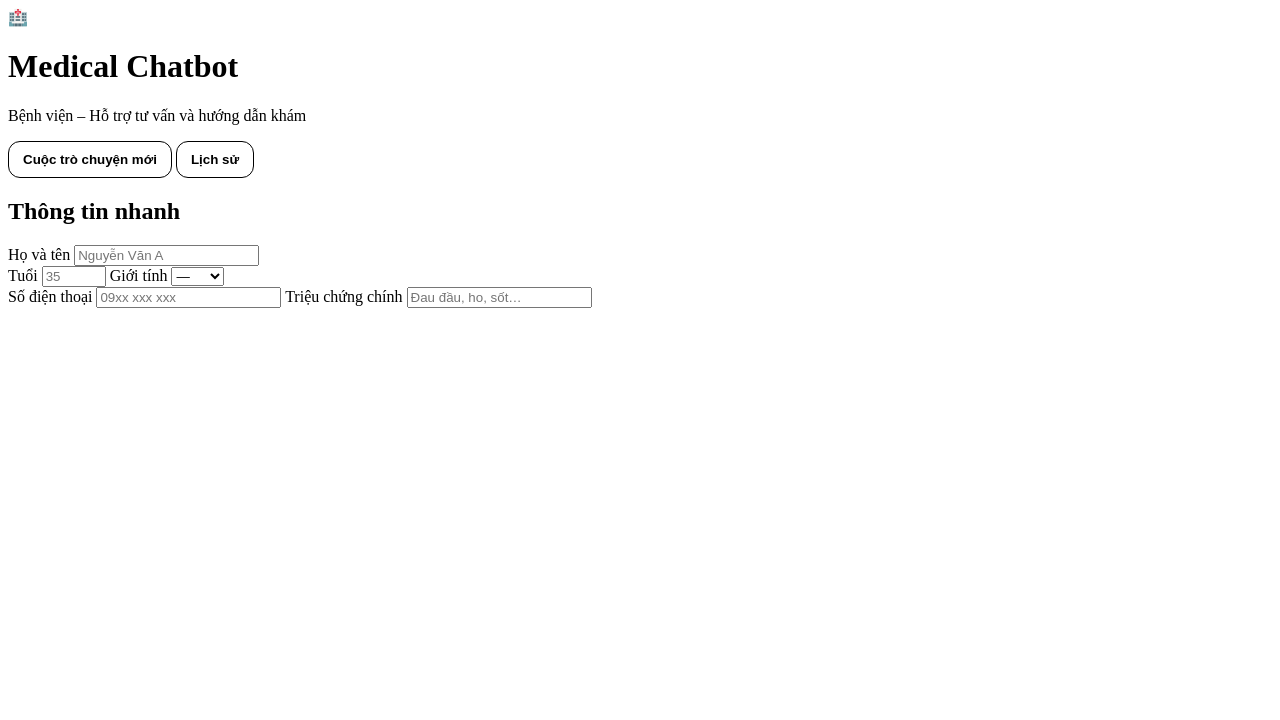
Repository: ititiu20201/MedicalChatbot
Page: frontend/index.html
An editor plug-in stored every save of this project. The page is shown before and after the next save, followed by the edit.
The browser window is 1280 px wide. The pictures show the whole page.

Above is the page before, as saved 2025-09-12 01:13:47.

### frontend/index.html
<!DOCTYPE html>
<html lang="vi">
<head>
<meta charset="utf-8" />
<meta name="viewport" content="width=device-width, initial-scale=1" />
<title>Medical Chatbot – Bệnh viện</title>
<link rel="stylesheet" href="style.css" />
<link rel="icon" href="data:,">
</head>
<body>
<header class="site-header" role="banner">
<div class="container header__inner">
<div class="brand">
<div class="brand__logo" aria-hidden="true">🏥</div>
<div class="brand__text">
<h1>Medical Chatbot</h1>
<p>Bệnh viện – Hỗ trợ tư vấn và hướng dẫn khám</p>
</div>
</div>
<nav class="header__nav" aria-label="Tác vụ nhanh">
<button class="btn btn--ghost" id="btn-new">Cuộc trò chuyện mới</button>
<button class="btn btn--ghost" id="btn-history">Lịch sử</button>
<a href="admin.html" class="btn btn--primary" aria-label="Trang quản trị">Quản trị</a>
</nav>
</div>
</header>


<main class="container layout" role="main">
<!-- Sidebar: Thông tin bệnh nhân ngắn gọn -->
<aside class="panel panel--side" aria-label="Thông tin bệnh nhân">
<h2 class="panel__title">Thông tin nhanh</h2>
<form id="patient-form" class="form" autocomplete="on">
<label class="form__label">Họ và tên
<input class="input" name="name" placeholder="Nguyễn Văn A" />
</label>
<div class="grid grid--2">
<label class="form__label">Tuổi
<input class="input" name="age" type="number" min="0" max="120" placeholder="35" />
</label>
<label class="form__label">Giới tính
<select class="input" name="gender">
<option value="">—</option>
<option>Nam</option>
<option>Nữ</option>
<option>Khác</option>
</select>
</label>
</div>
<label class="form__label">Số điện thoại
<input class="input" name="phone" type="tel" placeholder="09xx xxx xxx" />
</label>
<label class="form__label">Triệu chứng chính
<input class="input" name="chief_complaint" placeholder="Đau đầu, ho, sốt…" />
</label>
<button type="button" id="btn-apply-profile" class="btn btn--primary btn--block">Áp dụng vào trò chuyện</button>
</form>


</html>

### frontend/style.css
/* ====== Hospital-friendly theme (high contrast, large targets) ====== */


/* Buttons */
.btn { appearance: none; cursor: pointer; border: 1px solid transparent; border-radius: 12px; padding: 10px 14px; font-weight: 600; }
.btn--primary { background: var(--primary); color: #fff; }
.btn--primary:hover { background: var(--primary-600); }
.btn--ghost { background: transparent; border-color: var(--outline); }
.btn--ghost:hover { border-color: var(--primary); }
.btn--outline { background: #fff; border-color: var(--primary); color: var(--primary); }
.btn--outline:hover { background: rgba(31,122,224,.06); }
.btn--block { width: 100%; }


/* Chips */
.chips { display: flex; flex-wrap: wrap; gap: 8px; }
.chip { padding: 8px 12px; border: 1px solid var(--outline); background: #fff; border-radius: 999px; font: inherit; cursor: pointer; }
.chip:hover { border-color: var(--primary); }


/* Chat */
.chat { height: 56vh; overflow: auto; padding: 8px; display: grid; gap: 10px; }
.msg { display: grid; grid-template-columns: 36px 1fr; gap: 8px; align-items: start; }
.msg__avatar { width: 36px; height: 36px; display: grid; place-items: center; background: #eef5ff; border-radius: 50%; }
.msg__bubble { background: #f1f5f9; border-radius: 12px; padding: 10px 12px; }
.msg--user .msg__avatar { background: #e7f6ef; }
.msg--user .msg__bubble { background: #eaf8f2; }
.msg__meta { margin-top: 4px; color: var(--muted); font-size: 12px; }


/* Composer */
.composer { margin-top: 8px; display: grid; grid-template-columns: 1fr auto; gap: 10px; align-items: end; }
.composer__input { resize: none; min-height: 44px; max-height: 160px; border: 1px solid var(--outline); border-radius: 12px; padding: 10px 12px; font: inherit; background: #fff; }
.composer__tools { display: flex; gap: 8px; align-items: center; }


/* Right rail */
.dept-list { list-style: none; padding: 0; margin: 0; display: grid; gap: 8px; }
.dept { width: 100%; text-align: left; padding: 10px 12px; border-radius: 12px; border: 1px solid var(--outline); background: #fff; cursor: pointer; }
.dept:hover { border-color: var(--primary); }


/* Admin */
.stats { display: grid; grid-template-columns: repeat(3, 1fr); gap: 12px; }
.stat { background: #fff; border: 1px solid var(--outline); border-radius: 12px; padding: 14px; text-align: center; }
.stat__num { font-size: 22px; font-weight: 800; }
.stat__label { color: var(--muted); font-size: 12px; }
.toolbar { display: flex; gap: 8px; align-items: center; }
.log { margin-top: 12px; display: grid; gap: 8px; max-height: 60vh; overflow: auto; }
.log__item { padding: 10px 12px; border: 1px solid var(--outline); border-radius: 12px; background: #fff; display: grid; gap: 4px; }
.log__meta { color: var(--muted); font-size: 12px; }


/* Footer */
.site-footer { margin-top: 12px; color: var(--muted); }
.footer__inner { padding: 16px 0; border-top: 1px solid var(--outline); }


/* Motion (reduced for accessibility) */
@media (prefers-reduced-motion: no-preference) {
.msg__bubble { animation: pop .16s ease-out; }
@keyframes pop { from { transform: scale(.98); opacity: .8 } to { transform: scale(1); opacity: 1 } }
}

### frontend/app.js
// ====== Minimal frontend logic for Medical Chatbot ======
const id = "s_" + Math.random().toString(36).slice(2) + Date.now().toString(36);
localStorage.setItem("mc_session", id);
localStorage.setItem("mc_history_" + id, JSON.stringify([]));
return id;
}


function saveMessage(role, text) {
const key = "mc_history_" + sessionId;
const list = JSON.parse(localStorage.getItem(key) || "[]");
list.push({ t: Date.now(), role, text });
localStorage.setItem(key, JSON.stringify(list));
}


function renderMessage(role, text) {
const wrap = document.createElement("div");
wrap.className = `msg ${role === "user" ? "msg--user" : "msg--bot"}`;
wrap.innerHTML = `
<div class="msg__avatar">${role === "user" ? "🧑" : "🤖"}</div>
<div class="msg__bubble">${escapeHtml(text)}</div>
`;
els.chat.appendChild(wrap);
els.chat.scrollTop = els.chat.scrollHeight;
}


function escapeHtml(s) {
return s
.replaceAll("&", "&amp;")
.replaceAll("<", "&lt;")
.replaceAll(">", "&gt;")
.replaceAll('"', "&quot;")
.replaceAll("'", "&#39;");
}


async function sendToChatbot(text, payload = {}) {
const url = BASE_URL + "/chat"; // Expect FastAPI endpoint that returns { reply: "..." }
const body = { session_id: sessionId, message: text, ...payload };


const res = await fetch(url, {
method: "POST",
headers: { "Content-Type": "application/json" },
body: JSON.stringify(body),
});
if (!res.ok) throw new Error("HTTP " + res.status);
return await res.json();
}


// ====== Event wiring ======
if (els.form) {
els.form.addEventListener("submit", async (e) => {
e.preventDefault();
const text = (els.input.value || "").trim();
if (!text) return;


renderMessage("user", text);
saveMessage("user", text);
els.input.value = "";


// Placeholder typing indicator
const typing = document.createElement("div");
typing.className = "msg msg--bot";
typing.innerHTML = `<div class="msg__avatar">🤖</div><div class="msg__bubble">Đang soạn…</div>`;
els.chat.appendChild(typing);
els.chat.scrollTop = els.chat.scrollHeight;


try {
const data = await sendToChatbot(text);
typing.remove();
const reply = data.reply || "(Không có phản hồi)";
renderMessage("bot", reply);
saveMessage("bot", reply);
} catch (err) {
typing.remove();
const msg = `Xin lỗi, có lỗi kết nối máy chủ. ${err?.message || ""}`;
renderMessage("bot", msg);
saveMessage("bot", msg);
}
}

After the next save:
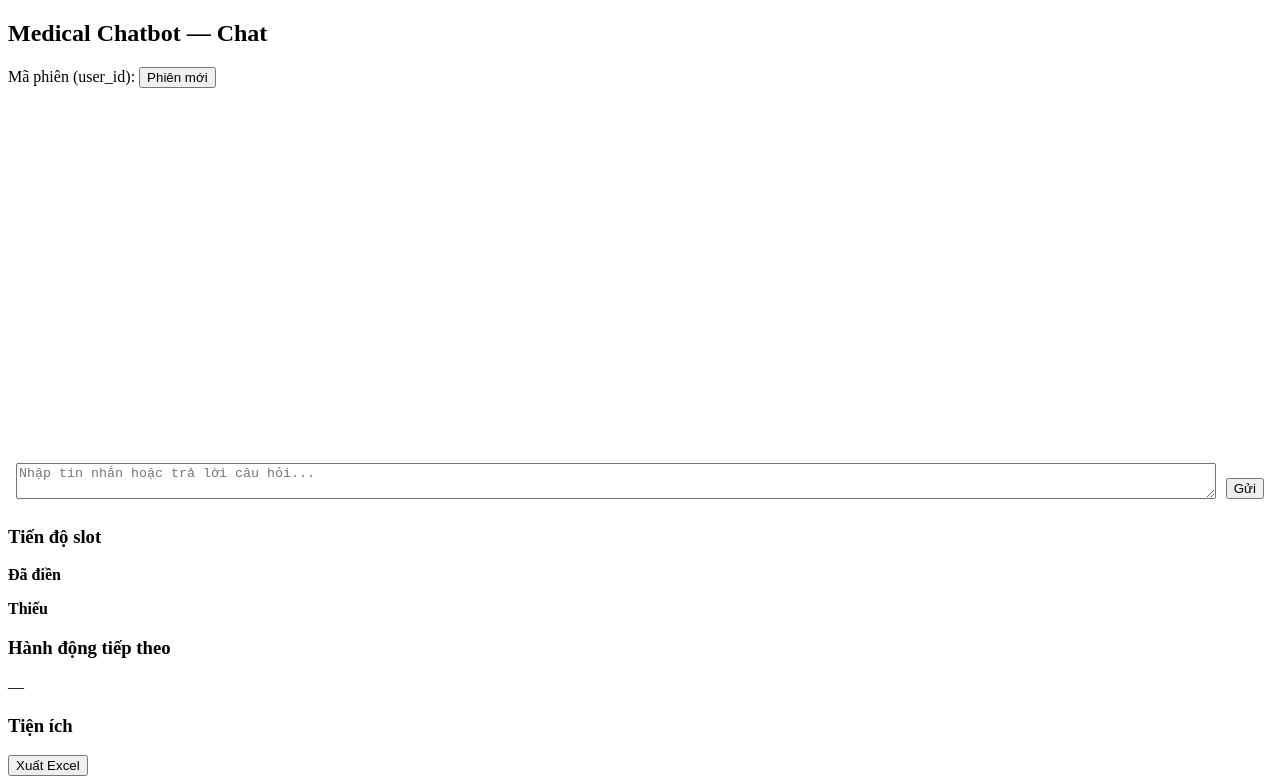
Console error: SyntaxError: Illegal return statement
Saved 2 s later.
--- a/frontend/index.html
+++ b/frontend/index.html
@@ -1,60 +1,52 @@
 <!DOCTYPE html>
 <html lang="vi">
 <head>
-<meta charset="utf-8" />
-<meta name="viewport" content="width=device-width, initial-scale=1" />
-<title>Medical Chatbot – Bệnh viện</title>
-<link rel="stylesheet" href="style.css" />
-<link rel="icon" href="data:,">
+  <meta charset="UTF-8" />
+  <meta name="viewport" content="width=device-width, initial-scale=1.0"/>
+  <title>Medical Chatbot — Chat Demo</title>
+  <link rel="stylesheet" href="style.css"/>
 </head>
 <body>
-<header class="site-header" role="banner">
-<div class="container header__inner">
-<div class="brand">
-<div class="brand__logo" aria-hidden="true">🏥</div>
-<div class="brand__text">
-<h1>Medical Chatbot</h1>
-<p>Bệnh viện – Hỗ trợ tư vấn và hướng dẫn khám</p>
-</div>
-</div>
-<nav class="header__nav" aria-label="Tác vụ nhanh">
-<button class="btn btn--ghost" id="btn-new">Cuộc trò chuyện mới</button>
-<button class="btn btn--ghost" id="btn-history">Lịch sử</button>
-<a href="admin.html" class="btn btn--primary" aria-label="Trang quản trị">Quản trị</a>
-</nav>
-</div>
-</header>
+  <div id="app">
+    <header>
+      <h2>Medical Chatbot — Chat</h2>
+      <div id="user-meta">
+        <label>Mã phiên (user_id): <span id="user-id"></span></label>
+        <button id="reset-btn" title="Bắt đầu phiên mới">Phiên mới</button>
+      </div>
+    </header>
 
+    <main class="layout">
+      <section class="chat">
+        <div id="chat-box"></div>
+        <div class="composer">
+          <textarea id="user-input" placeholder="Nhập tin nhắn hoặc trả lời câu hỏi..."></textarea>
+          <button id="send-btn">Gửi</button>
+        </div>
+      </section>
 
-<main class="container layout" role="main">
-<!-- Sidebar: Thông tin bệnh nhân ngắn gọn -->
-<aside class="panel panel--side" aria-label="Thông tin bệnh nhân">
-<h2 class="panel__title">Thông tin nhanh</h2>
-<form id="patient-form" class="form" autocomplete="on">
-<label class="form__label">Họ và tên
-<input class="input" name="name" placeholder="Nguyễn Văn A" />
-</label>
-<div class="grid grid--2">
-<label class="form__label">Tuổi
-<input class="input" name="age" type="number" min="0" max="120" placeholder="35" />
-</label>
-<label class="form__label">Giới tính
-<select class="input" name="gender">
-<option value="">—</option>
-<option>Nam</option>
-<option>Nữ</option>
-<option>Khác</option>
-</select>
-</label>
-</div>
-<label class="form__label">Số điện thoại
-<input class="input" name="phone" type="tel" placeholder="09xx xxx xxx" />
-</label>
-<label class="form__label">Triệu chứng chính
-<input class="input" name="chief_complaint" placeholder="Đau đầu, ho, sốt…" />
-</label>
-<button type="button" id="btn-apply-profile" class="btn btn--primary btn--block">Áp dụng vào trò chuyện</button>
-</form>
+      <aside class="sidebar">
+        <div class="panel">
+          <h3>Tiến độ slot</h3>
+          <div class="slots">
+            <div><strong>Đã điền</strong><ul id="filled-slots"></ul></div>
+            <div><strong>Thiếu</strong><ul id="missing-slots"></ul></div>
+          </div>
+        </div>
 
+        <div class="panel">
+          <h3>Hành động tiếp theo</h3>
+          <div id="next-action">—</div>
+        </div>
 
+        <div class="panel">
+          <h3>Tiện ích</h3>
+          <button id="export-btn">Xuất Excel</button>
+        </div>
+      </aside>
+    </main>
+  </div>
+
+  <script src="app.js"></script>
+</body>
 </html>
